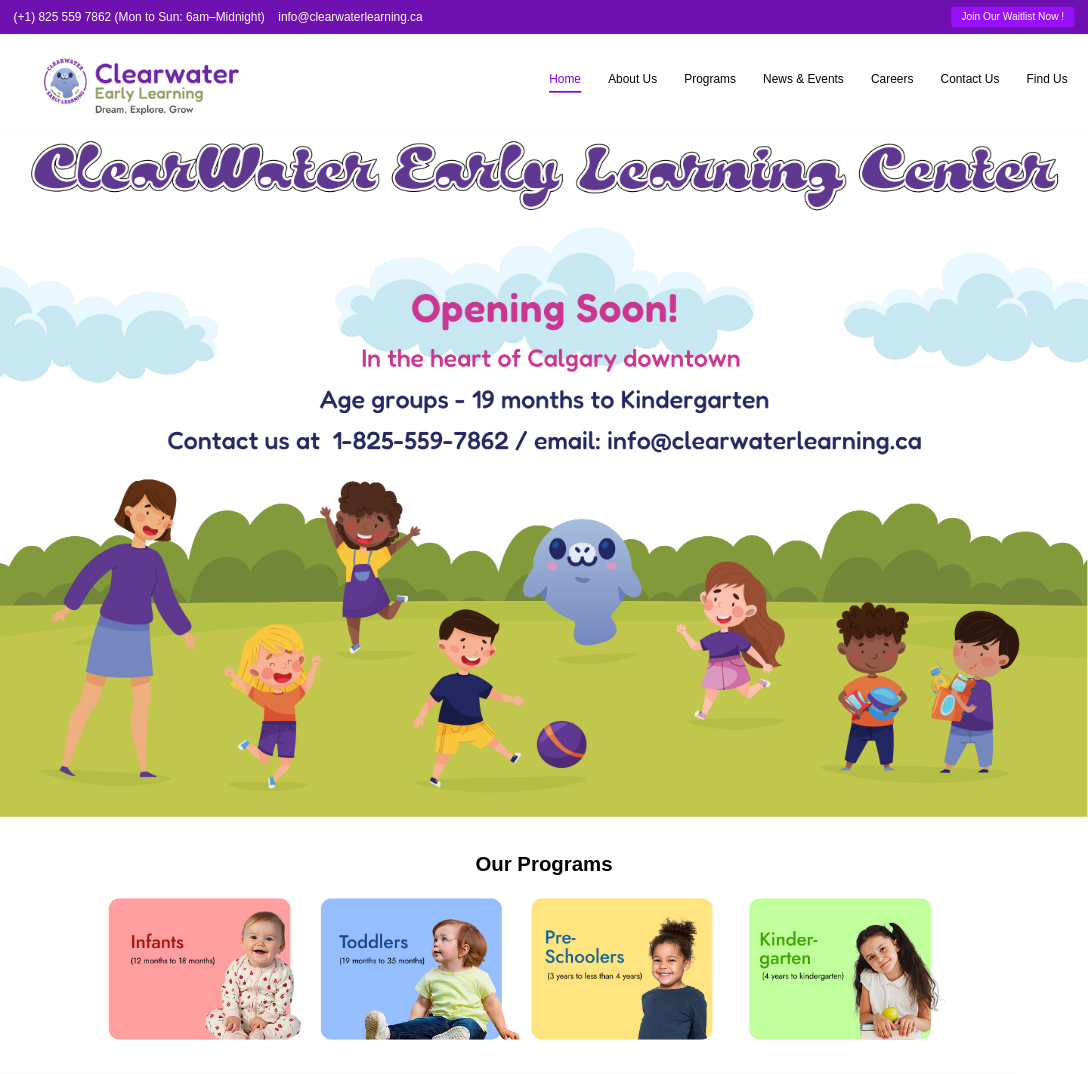
Repository: harshikabodekar/Daycare-Site
Page: /
These files come from the project's save history. The page is drawn as it stood at one moment and after a run of saves; the edit follows.
The browser window is 1280 px wide. The pictures show the whole page, at 85% of full size.
The project was rebuilt for these pictures with package versions that can differ from the ones it lists, and the page was loaded fresh each time. The framework's server and built-in components were replaced by stand-ins that run in the browser. Also part of the build but not shown: next.config.mjs.

Above is the page before, as saved 2025-06-23 11:30:29.

### app/page.js
import Navbar from "@/components/home/Navbar";
import Herosection from "@/components/home/Herosection";
import Program from "@/components/home/Program";

export default function Home() {
  return (
    <div className="bg-gray-50">
      <Navbar />
      <Herosection />
      <Program />
    </div>
  );
}

### components/home/Navbar.jsx
import React from 'react';

export default function Navbar() {
  return (
    <div className="w-full shadow-md">
      {/* Top Contact Bar */}
      <div className="bg-purple-800 text-white text-sm flex justify-between items-center px-4 py-2">
        <div className="flex items-center space-x-4">
          <div className="flex items-center justify-center space-x-1">
            <span>(+1) 825 559 7862 (Mon to Sun: 6am–Midnight)</span>
          </div>
          <div className="flex items-center justify-center space-x-1">
            <span>info@clearwaterlearning.ca</span>
          </div>
        </div>
        <div className="flex items-center space-x-2">
          <button className="bg-purple-600 hover:bg-purple-700 text-white text-xs px-3 py-1 rounded">
            Join Our Waitlist Now !
          </button>
        </div>
      </div>

      {/* Logo and Nav */}
      <div className="bg-white flex justify-between items-center px-6 py-4">
        <div className="flex items-center space-x-2">
          <img src="/logo.jpg" alt="Clearwater Logo" className="h-20 w-auto" />
        </div>
        <div className="flex space-x-8 font-medium text-sm text-black">
          <a href="#" className="text-purple-700 border-b-2 border-purple-700 pb-1">Home</a>
          <a href="#" className="hover:text-purple-600">About Us</a>
          <a href="#" className="hover:text-purple-600">Programs</a>
          <a href="#" className="hover:text-purple-600">News & Events</a>
          <a href="#" className="hover:text-purple-600">Careers</a>
          <a href="#" className="hover:text-purple-600">Contact Us</a>
          <a href="#" className="hover:text-purple-600">Find Us</a>
        </div>
      </div>
    </div>
  );
}

### components/home/Herosection.jsx
import Image from "next/image";

export default function Herosection() {
  return (
    <div className="w-full relative">
      <Image
        src="/bg.jpg"
        alt="Background"
        width={1920}
        height={1080}
        className="w-full h-auto object-contain"
        priority
      />
    </div>
  );
}

### components/home/Program.jsx
import Image from "next/image";

export default function Program() {
  return (
    <div className="bg-white text-black flex flex-col items-center justify-center py-10">
      <h2 className="text-2xl font-bold mb-6">Our Programs</h2>
      <div className="relative w-full max-w-5xl">
        <Image
          src="/program.jpg"
          alt="Our Program"
          width={1100}
          height={950}
          className="w-full h-auto object-contain"
          priority
        />
      </div>
    </div>
  );
}

### components/home/Location.jsx
import Image from "next/image";
export default function Location(){
    return(
        <div className=" bg-white text-black flex items-center justify-center">
            <div className=" text-black text-3xl semibold">
                Locations
            </div>

        </div>
    )
}

Loaded but not shown: app/layout.js (common file); app/globals.css (common file)

After the next 15 saves:
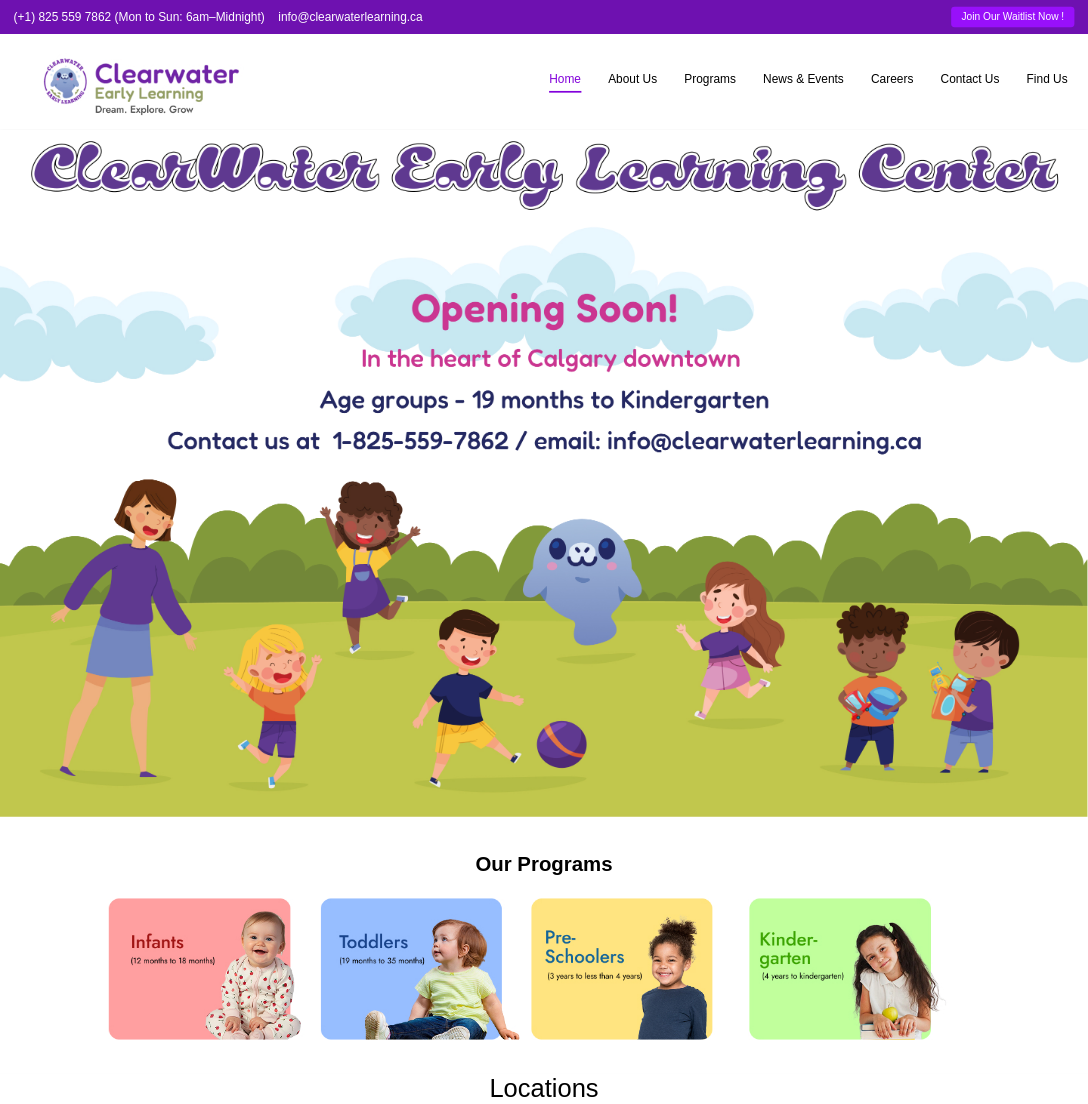
The 15 saves are shown as one change because 2 did not build or start and some came seconds apart.
The last was saved 83 s later.
--- a/app/page.js
+++ b/app/page.js
@@ -1,6 +1,7 @@
 import Navbar from "@/components/home/Navbar";
 import Herosection from "@/components/home/Herosection";
 import Program from "@/components/home/Program";
+import Location from"@/components/home/Location";
 
 export default function Home() {
   return (
@@ -8,6 +9,7 @@
       <Navbar />
       <Herosection />
       <Program />
+      <Location/>
     </div>
   );
 }
